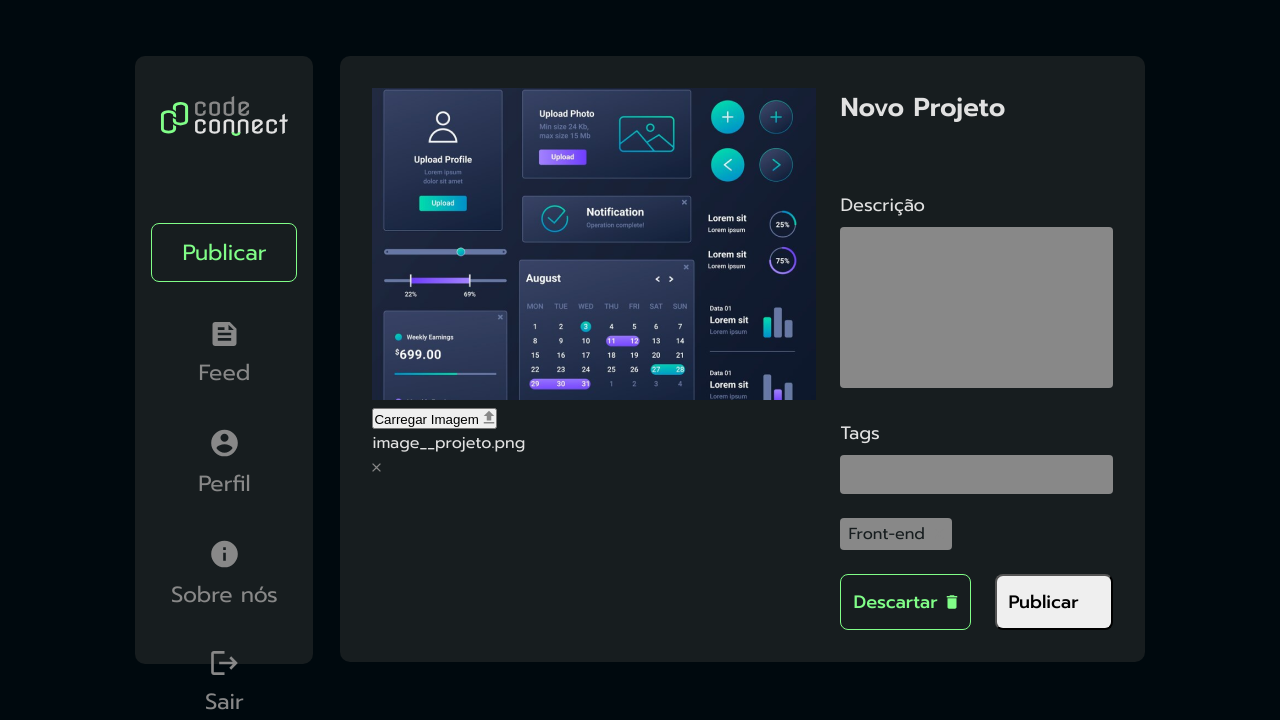
Repository: joaoPraiaJunior/async_await
Page: index.html
The author's editor kept a copy of each file at every save. The page is drawn from the files as they stood at one save, then again after the next save.
The browser window is 1280 px wide. The pictures show the whole page.

Above is the page before, as saved 2024-08-24 19:54:05.

After the next save:
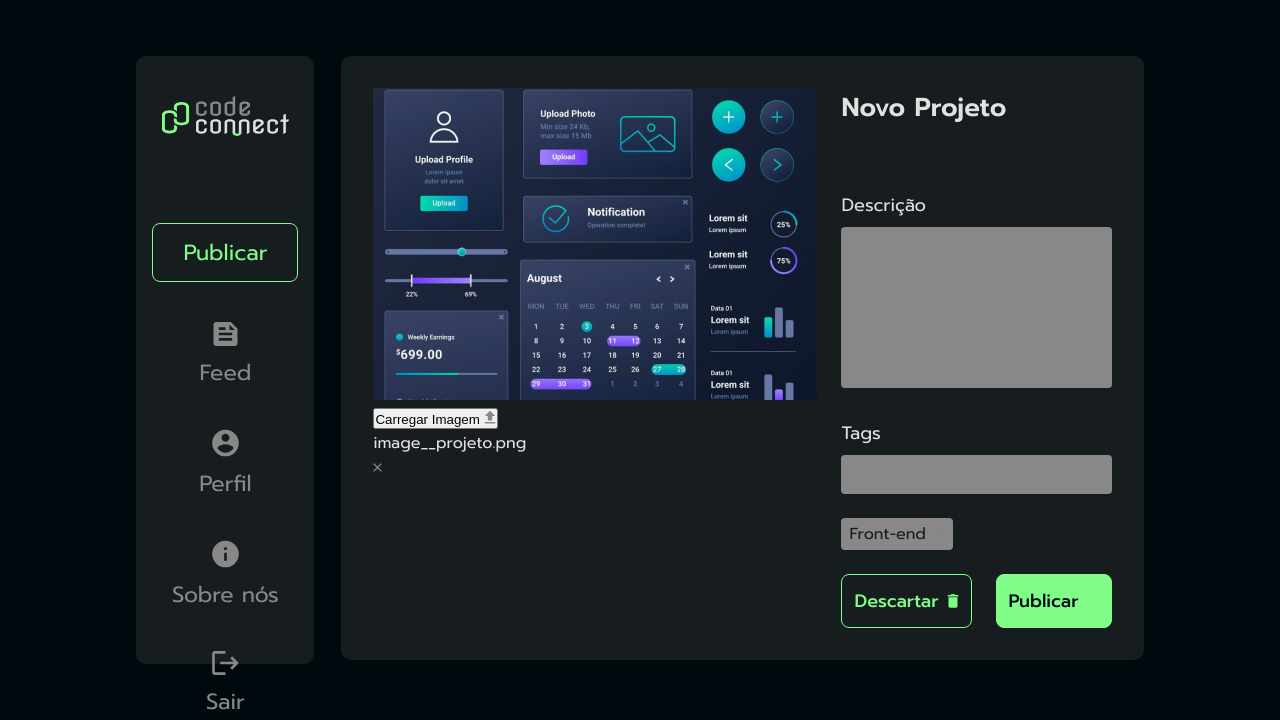
Saved 2 min 24 s later.
--- a/css/styles.css
+++ b/css/styles.css
@@ -176,3 +176,9 @@ body {
 .c-formulario__botao--descartar::after {
     background-image: url("../img/trash.svg");
 }
+
+.c-formulario__botao--salvar {
+    color: var(--background-color);
+    background-color: var(--cor-primaria);
+    border: .1rem solid var(--cor-primaria);
+}
